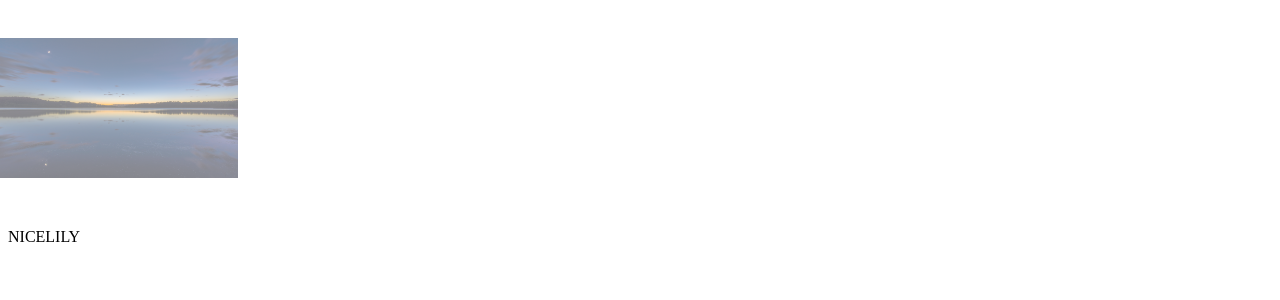
Repository: northpx/animation
Page: index.html
The author's editor kept a copy of each file at every save. The page is drawn from the files as they stood at one save, then again after the next save.
The browser window is 1280 px wide. The pictures show the whole page.

Above is the page before, as saved 2022-12-19 20:33:45.

After the next save:
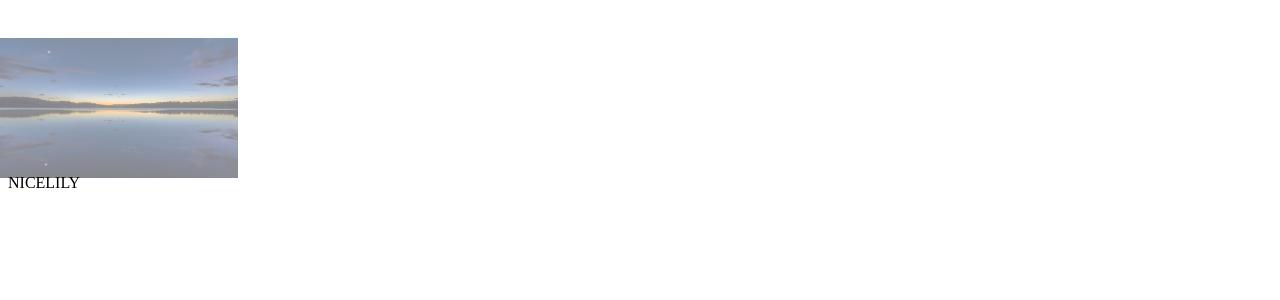
Saved 8 s later.
--- a/style.css
+++ b/style.css
@@ -119,5 +119,5 @@
 .content p{
     position: absolute;
     color: black;
-    top
+    top: 150px;
 }
